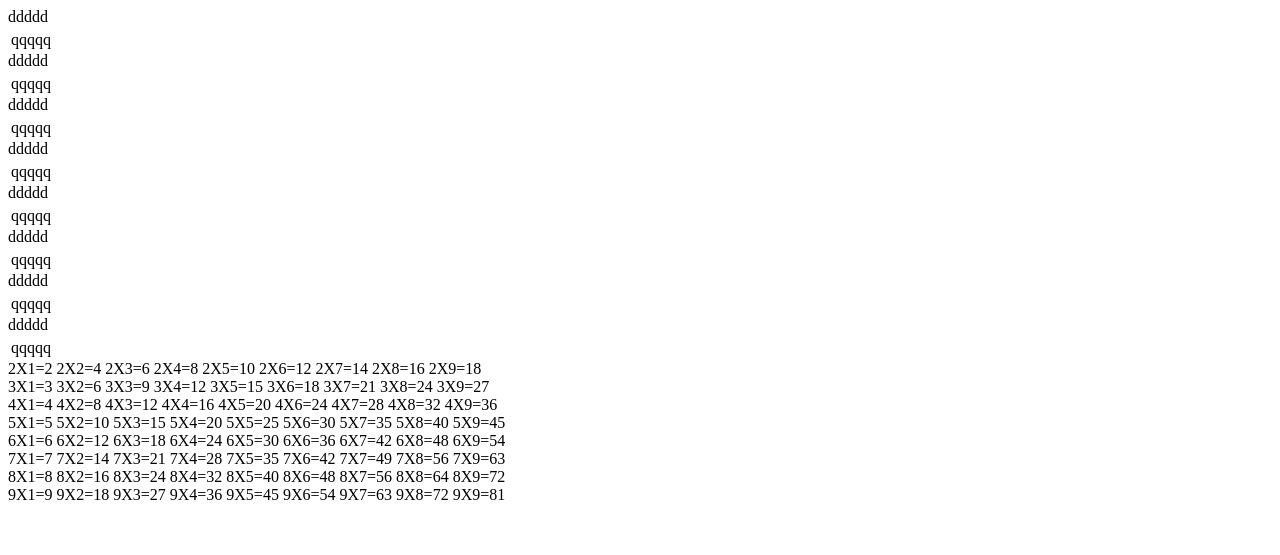
Repository: kkj68106810-dot/jsp2026
Page: http://localhost/chapter01/test02.jsp
The author's editor kept a copy of each file at every save. The page is drawn from the files as they stood at one save, then again after the next save.
The browser window is 1280 px wide. The pictures show the whole page.
The page is served by Tomcat 9.

Above is the page before, as saved 2026-10-16 03:20:20.

After the next save:
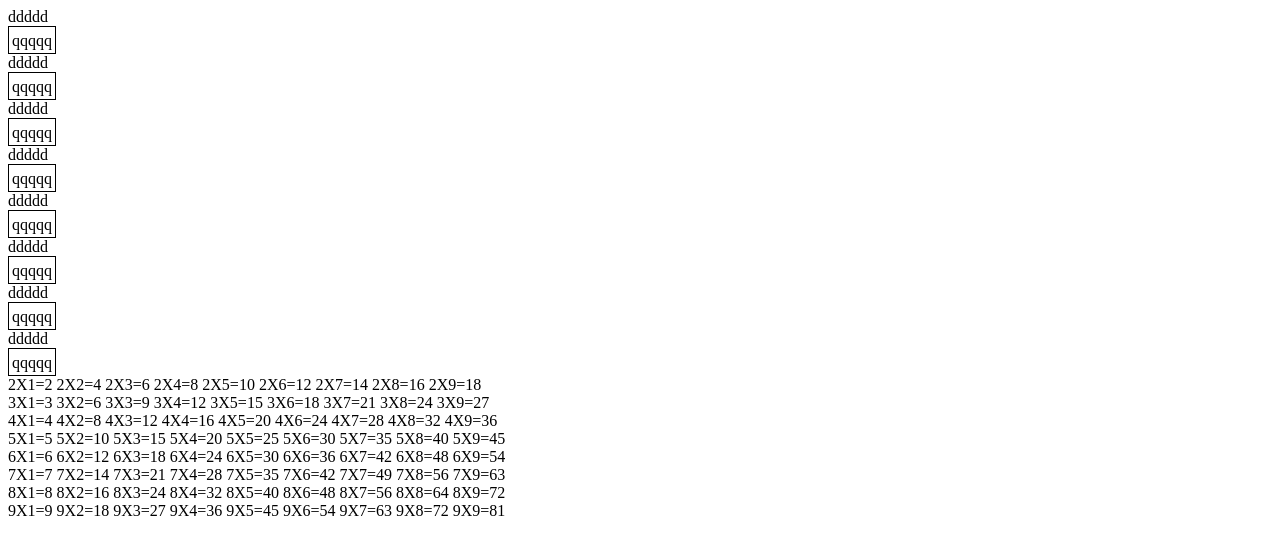
Saved 17 s later.
--- a/chapter01/src/main/webapp/test02.jsp
+++ b/chapter01/src/main/webapp/test02.jsp
@@ -6,8 +6,8 @@
 <meta charset="UTF-8">
 <title>Insert title here</title>
 <style>
-	table{
-		border: 1px;
+	table {
+		border: 1px solid black;
 	}
 </style>
 </head>
